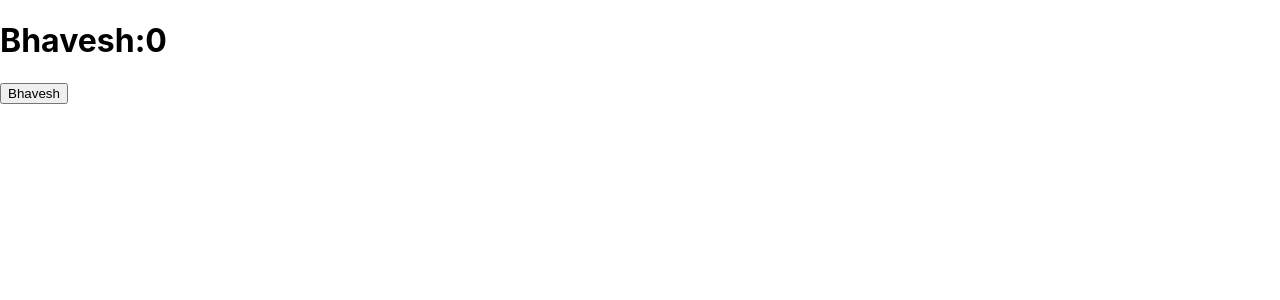
Repository: bhaveshtrades/reactpractice
Page: / (app in reactpractice/)
These files come from the project's save history. The page is drawn as it stood at one moment and after the next save; the edit follows.
The browser window is 1280 px wide. The pictures show the whole page.
The project was rebuilt for these pictures with package versions that can differ from the ones it lists, and the page was loaded fresh each time. Also part of the build but not shown: reactpractice/src/App.css.

Above is the page before, as saved 2022-08-22 00:57:58.

### reactpractice/src/App.js
import './App.css';
import FirstButton from './components/FirstButton';

function App() {
  return (
    <>
      <FirstButton/>
    </>
  );
}

export default App;

### reactpractice/src/components/FirstButton.jsx
import React from 'react'
import LoaderHOC from './LoaderHOC';

function FirstButton({heading, count, name}) {
  return (
    <div>
       <h1>{name}:{heading}</h1>
      <button onClick={count}>{name}</button>
    </div>
  )
}

export default LoaderHOC(FirstButton);

### reactpractice/src/components/LoaderHOC.jsx
import { useState } from 'react';

const LoaderHOC = (WrappedComponent)=>{
    function Button(){
        const[state, setState] = useState(0);
        return(
            <>
              <WrappedComponent count={()=>{setState(state+1)}} heading={state} name="Bhavesh"></WrappedComponent>
            </>
        )
    }
    return Button;
}

export default LoaderHOC;

Loaded but not shown: reactpractice/public/index.html (common file); reactpractice/src/index.js (common file); reactpractice/src/index.css (common file); reactpractice/src/reportWebVitals.js (common file)

After the next save:
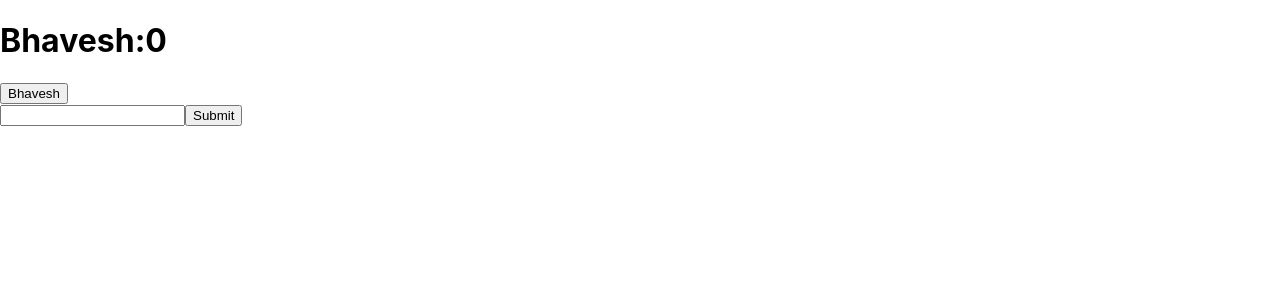
Saved 76 min 33 s later.
--- a/reactpractice/src/App.js
+++ b/reactpractice/src/App.js
@@ -5,6 +5,8 @@ function App() {
   return (
     <>
       <FirstButton/>
+      <input type='number'/>
+      <button>Submit</button>
     </>
   );
 }
